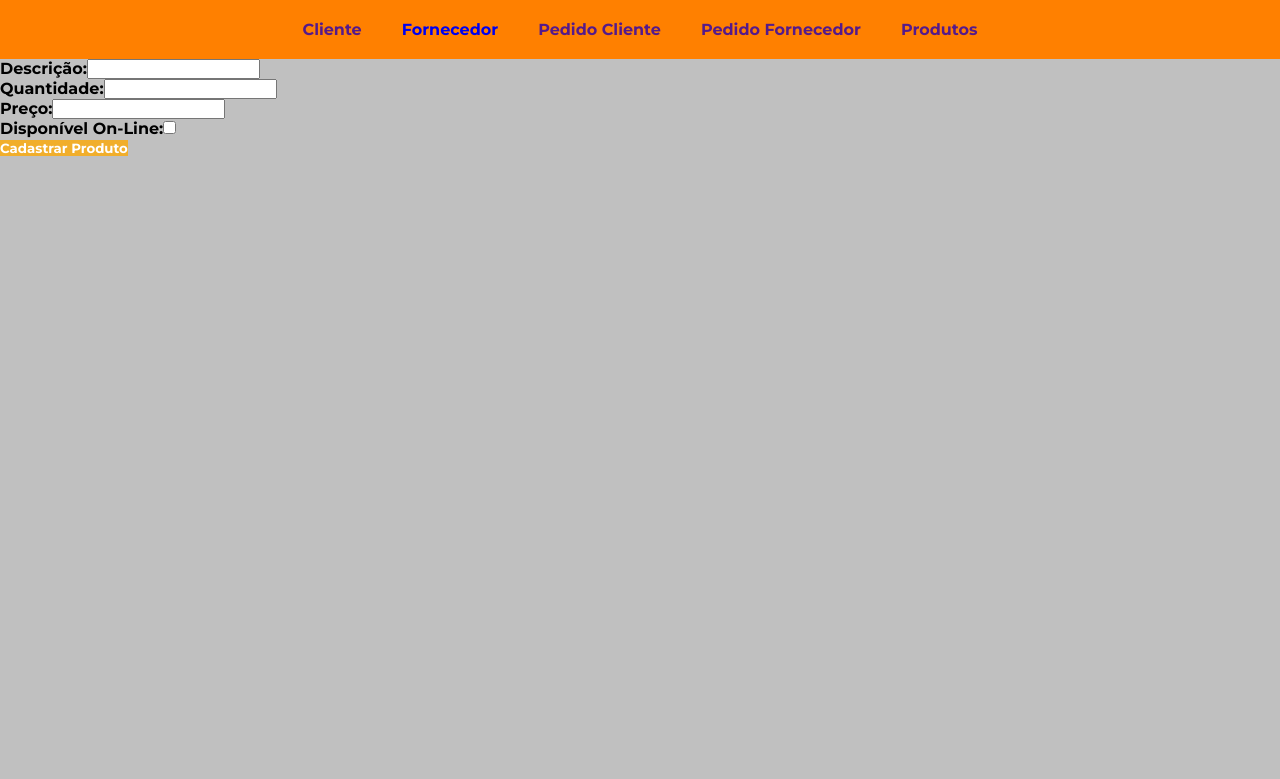
Repository: walterdmp/JavaWeb_BartoBotinas
Page: http://localhost/BartoBotinas/cadastrarFornecedor.jsp
The author's editor kept a copy of each file at every save. The page is drawn from the files as they stood at one save, then again after the next save.
The browser window is 1280 px wide. The pictures show the whole page.
The page is served by Tomcat 9. Other server files are loaded and not shown.

Above is the page before, as saved 2024-07-30 18:05:01.

### BartoBotinas/WebContent/cadastrarFornecedor.jsp
<%@ page language="java" contentType="text/html; charset=ISO-8859-1"
	pageEncoding="ISO-8859-1"%>
<!DOCTYPE html>
<html>
<head>
<link rel="stylesheet" href="css/estilo.css">

<meta charset="ISO-8859-1">
<title>Bartô Botinas</title>
</head>
<body>
	<nav class="bartoNav">
		<ul>
			<li><a href="">Cliente</a></li>
			<li><a href="cadastrarFornecedor.jsp">Fornecedor</a></li>
			<li><a href="">Pedido Cliente</a></li>
			<li><a href="">Pedido Fornecedor</a></li>
			<li><a href="">Produtos</a></li>
		</ul>
	</nav>
	<main class="bartoMain">
		<form action="" method="post" class="bananaForm">
			<div>
				<label><strong>Descrição:</strong></label><input type="text"
					name="descricao">
			</div>
			<div>
				<label><strong>Quantidade:</strong></label><input type="text"
					name="quantidade">
			</div>
			<div>
				<label><strong>Preço:</strong></label><input type="text"
					name="preco">
			</div>

			<label><strong>Disponível On-Line:</strong></label><input
				type="checkbox" name="online">
			<br>
			<div>
				<input id="bananaButton" type="submit" name="salvar"
					value="Cadastrar Produto">
			</div>
		</form>
	</main>
</body>
</html>

### BartoBotinas/WebContent/css/estilo.css
@charset "ISO-8859-1";

@import
	url('https://fonts.googleapis.com/css2?family=Montserrat:ital,wght@0,100;0,200;0,300;0,400;0,500;0,600;0,700;0,800;0,900;1,100;1,200;1,300;1,400;1,500;1,600;1,700;1,800;1,900&display=swap')
	;

* {
	margin: 0;
	padding: 0;
	box-sizing: border-box;
	text-decoration: none;
	list-style: none;
	font-family: 'Montserrat', sans-serif;
}

.bartoNav {
	width: 100vw;
}

.bartoMain {
	background-color: #c0c0c0;
	width: 100vw;
	height: 100vh;
}

.bartoNav ul {
	display: flex;
	flex-direction: row;
	gap: 40px;
	width: 100%;
	justify-content: center;
	padding: 20px;
	background-color: #ff8000;
	color: white;
	font-weight: bold;
}

.bartoForm {
	display: flex;
	flex-direction: column;
	padding: 45px;
	width: 800px;
	height: 400px;
	background-color: white;
	margin: 0 auto;
	margin-top: 4px;
	border-radius: 15px;
	box-shadow: 3px 3px 3px rgba(0, 0, 0, 0.2);
	width: 800px;
	align-items: center;
	align-self: center;
}

.bartoForm input {
	border-radius: 8px;
	border: 1px solid gray;
	width: 80px;
	padding: 10px;
	width: 400px;
	background-color: #c0c0c0;
}

.bartoForm div {
	display: flex;
	align-items: center;
	gap: 15px;
	margin-bottom: 30px;
	gap: 15px;
}

#bananaButton {
	background-color: #F1AE2B;
	border: none;
	color: white;
	font-weight: bold;
	cursor: pointer;
}

After the next save:
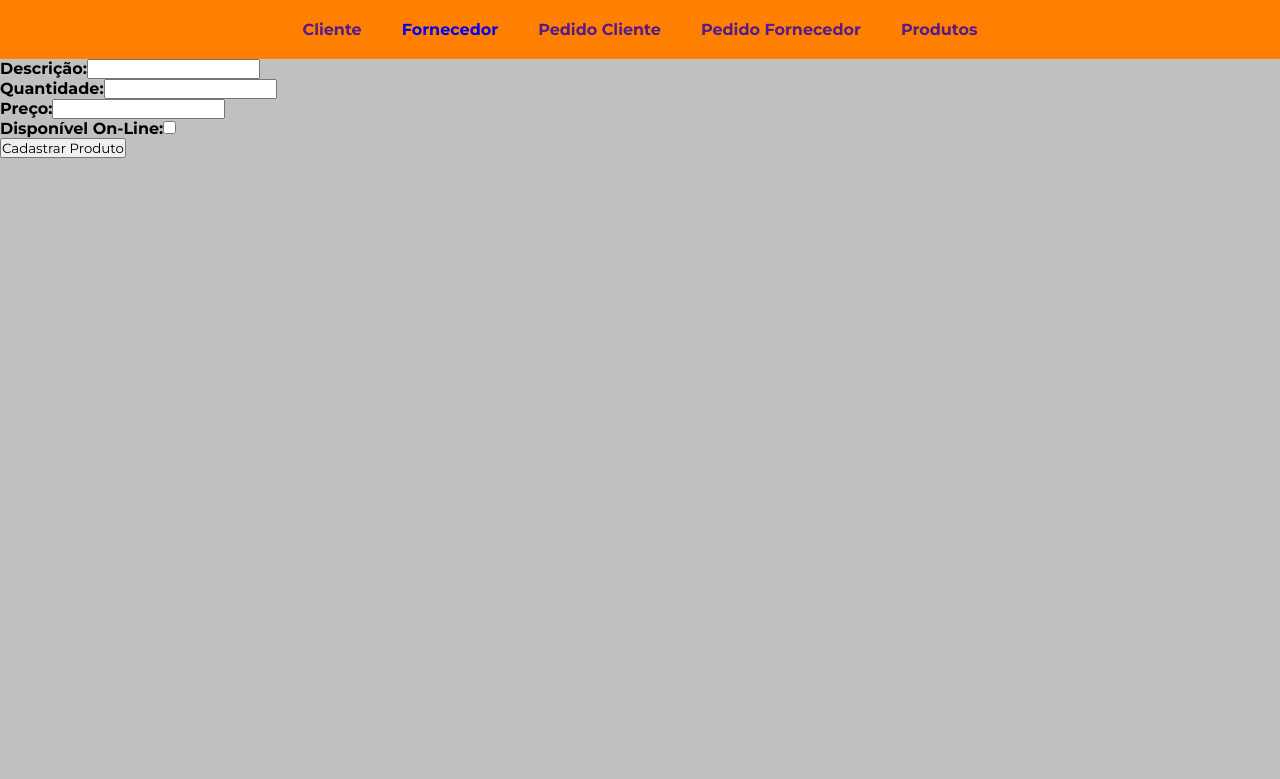
Saved 19 s later.
--- a/BartoBotinas/WebContent/css/estilo.css
+++ b/BartoBotinas/WebContent/css/estilo.css
@@ -68,8 +68,8 @@
 	gap: 15px;
 }
 
-#bananaButton {
-	background-color: #F1AE2B;
+#bartoButton {
+	background-color: #808080;
 	border: none;
 	color: white;
 	font-weight: bold;
